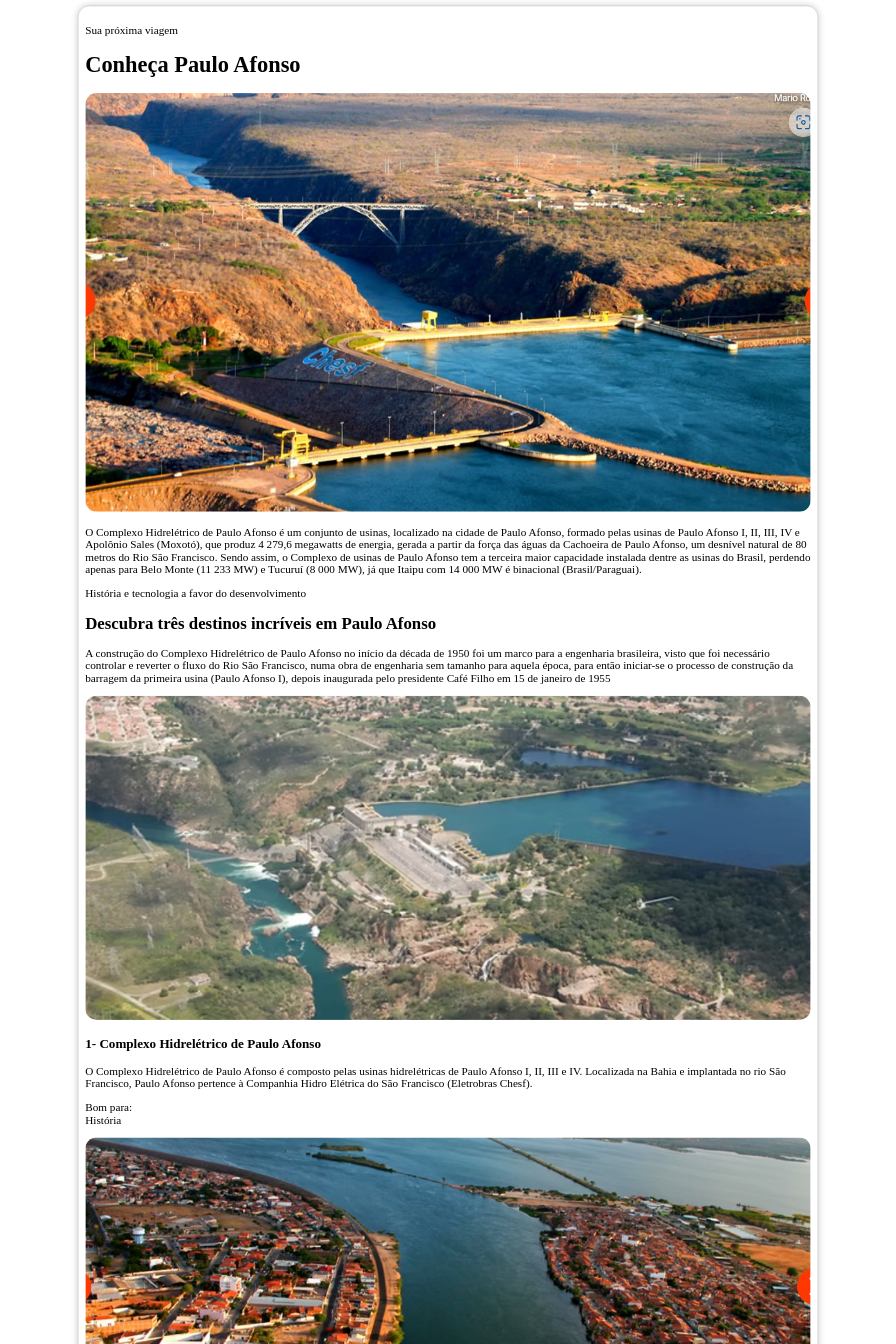
Repository: JeffRodFer/testeGitXGithub
Page: index.html
These files come from the project's save history. The page is drawn as it stood at one moment and after the next save; the edit follows.
The browser window is 1280 px wide. The pictures show the part of the page from y = 0 to 1920 px (the page is 3098 px tall), at 70% of full size.

Above is the page before, as saved 2025-03-15 22:17:41.

### index.html
<!DOCTYPE html>
<html lang="pt-br">
<head>
    <meta charset="UTF-8">
    <meta name="viewport" content="width=device-width, initial-scale=1.0">
    <title>Local Turístico</title>
    <link rel="stylesheet" href="style.css">

</head>
<body>
    <main class="page">
        <div>
            <p id="pred">Sua próxima viagem</p>
            <h1>Conheça Paulo Afonso</h1>
            <section>
                <img src="assets/main.jpg" alt="visão geral da hidroelêtrica">
                <p>O Complexo Hidrelétrico de Paulo Afonso é um conjunto de usinas, localizado na cidade de Paulo Afonso, formado pelas usinas de Paulo Afonso I, II, III, IV e Apolônio Sales (Moxotó), que produz 4 279,6 megawatts de energia, gerada a partir da força das águas da Cachoeira de Paulo Afonso, um desnível natural de 80 metros do Rio São Francisco. Sendo assim, o Complexo de usinas de Paulo Afonso tem a terceira maior capacidade instalada dentre as usinas do Brasil, perdendo apenas para Belo Monte (11 233 MW) e Tucuruí (8 000 MW), já que Itaipu com 14 000 MW é binacional (Brasil/Paraguai). </p>
            </section>
            <section>
                <p id="pred">História e tecnologia a favor do desenvolvimento</p>
                <h2>Descubra três destinos incríveis em Paulo Afonso</h2>
                <p>
                         A construção do Complexo Hidrelétrico de Paulo Afonso no início da década de 1950 foi um marco para a engenharia brasileira, visto que foi necessário controlar e reverter o fluxo do Rio São Francisco, numa obra de engenharia sem tamanho para aquela época, para então iniciar-se o processo de construção da barragem da primeira usina (Paulo Afonso I), depois inaugurada pelo presidente Café Filho em 15 de janeiro de 1955
                </p>
                <img src="assets/complexohidroele.jpg" alt="hidroelêtrica">
                <h3>1- Complexo Hidrelétrico de Paulo Afonso</h3>
                <p>
                     O Complexo Hidrelétrico de Paulo Afonso é composto pelas usinas hidrelétricas de Paulo Afonso I, II, III e IV. Localizada na Bahia e implantada no rio São Francisco, Paulo Afonso pertence à Companhia Hidro Elétrica do São Francisco (Eletrobras Chesf).
                </p>
                <P>Bom para: <br>
                   História </P>
            </section>
            <section>
                <img src="assets/aerea.jpg" alt="praias para banho as margens do Rio São Francisco">
                <h3>2- Praias para banho as margens do Rio São Francisco.</h3>
                <p>
                    Na zona urbana do município, a praia Canto das Águas, conhecida como Prainha de Glória; Na zona rural, além de várias serras, a praia do Bode Assado, as trilhas ecológicas e as agrovilas, onde é possível visitar os projetos agrícolas irrigados com as águas do Rio São Francisco.
                </p>
                <p>Bom para: <br>
                    Lazer</p>
            </section>
            <section>
                <img src="assets/quedasdagua.jpg" alt="quedas d'agua nos canions do rio são francisco">
                <h3>3- Quedas d'água nos canions do Rio São Francisco.</h3>
                <p>
                    A região é conhecida como "O Canion da Água" e possui a maior quantidade de quedas d'água do mundo, com mais de 100 canions. A maior delas, o Canion de São Francisco, tem quase 100m de altura. Além de um estrutura com restaurantes e pousasdas que servem como ponto de partida para os turistas que fazem expedições pelo grande Rio São Francisco.
                </p>
                <p>Bom para: <br>
                    Turismo <br>
                    Lazer <br>
                    Aventura</p>
            </section>
            <p>Lorem ipsum dolor, sit amet consectetur adipisicing elit. Aspernatur tempore eum eveniet optio obcaecati sed mollitia porro, perspiciatis atque quae, fuga, praesentium itaque quibusdam corporis in eos repellat. Illo, qui.</p>
            <p>Lorem ipsum dolor sit amet consectetur adipisicing elit. Doloribus possimus similique ex voluptate quis dolor, impedit exercitationem quos a quaerat quo magni voluptas accusamus cupiditate, tempore asperiores, blanditiis inventore saepe.</p>
        </div>
    </main>
</body>
</html>

### style.css
body {
    background-color: white;

}

.page {
    width: 82%;
    margin: 0 auto;
    padding: 10px;
    background-color: white;
    border: 1px solid #ccc;
    border-radius: 16px;
    box-shadow: 0 0 10px #ccc;
}
img
    {
        max-width: 100%;
        height: auto;
        border-radius: 16px;
    }

.p pred
{
    color: red;
}
h1, h2, h3 {
    color: black;
    text-decoration: bold;
}

After the next save:
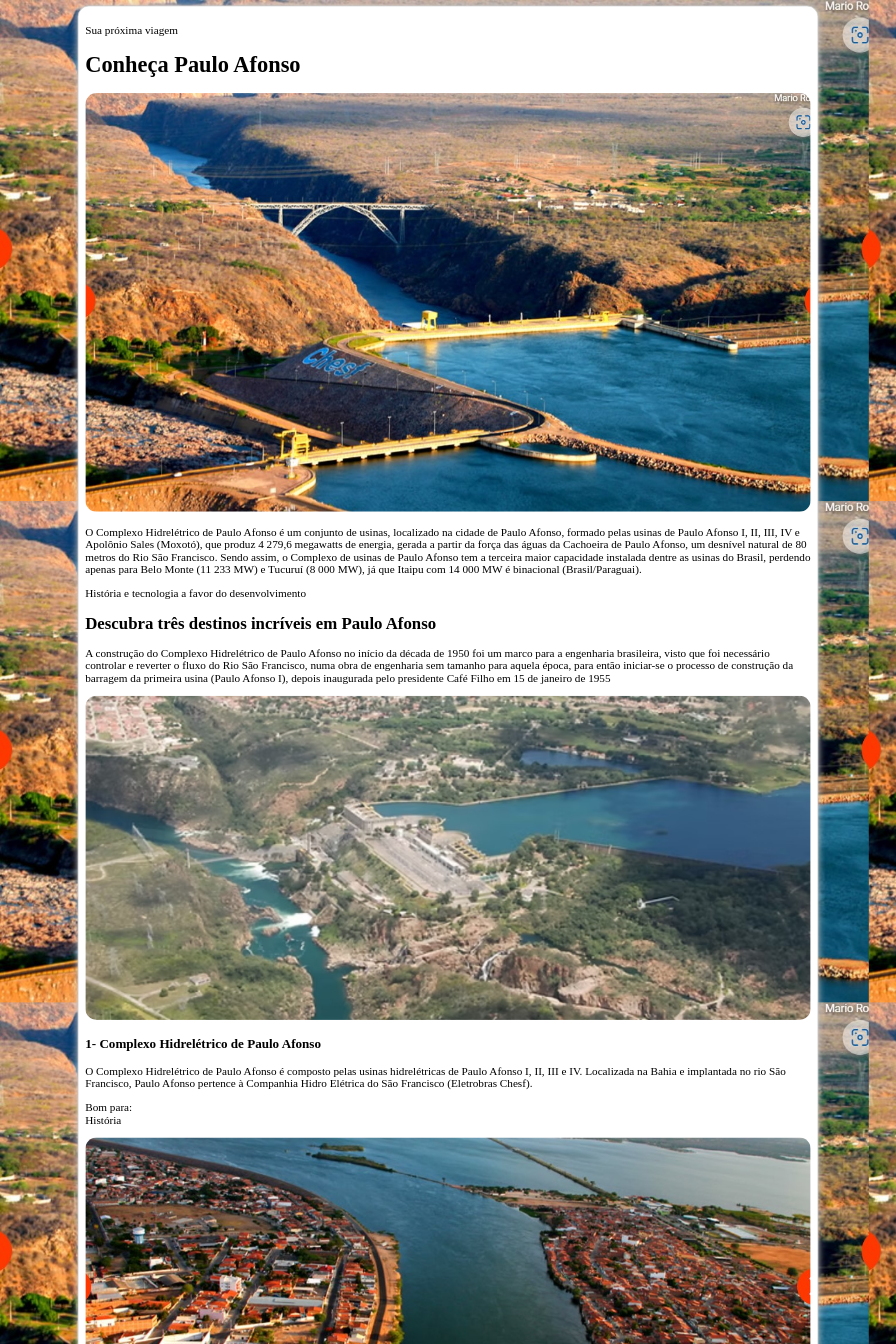
Saved 5 min 33 s later.
--- a/style.css
+++ b/style.css
@@ -1,5 +1,6 @@
 body {
-    background-color: white;
+    /* background-color: white; */
+    background-image: url(assets/main.jpg);
 
 }
 
